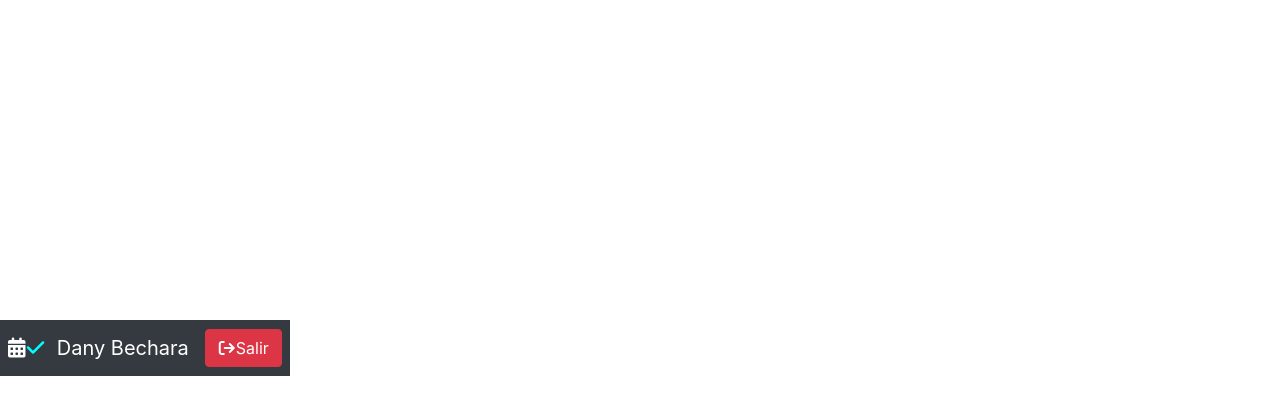
Repository: bechara611/calendar-frontend
Page: /
These files come from the project's save history. The page is drawn as it stood at one moment and after the next save; the edit follows.
The browser window is 1280 px wide. The pictures show the whole page.
The project was rebuilt for these pictures with package versions that can differ from the ones it lists, and the page was loaded fresh each time. Also part of the build but not shown: vite.config.js. Imported but missing from the stored project, and not drawn on this page: src/auth.

Above is the page before, as saved 2023-01-04 14:17:27.

### index.html
<!DOCTYPE html>
<html lang="en">
  <head>
    <meta charset="UTF-8" />
    <link rel="icon" type="image/svg+xml" href="/vite.svg" />
    <meta name="viewport" content="width=device-width, initial-scale=1.0" />
    <title>CalendarDB</title>
    <link rel="stylesheet" href="https://cdn.jsdelivr.net/npm/bootstrap@4.5.3/dist/css/bootstrap.min.css" integrity="sha384-TX8t27EcRE3e/ihU7zmQxVncDAy5uIKz4rEkgIXeMed4M0jlfIDPvg6uqKI2xXr2" crossorigin="anonymous">
    <link rel="stylesheet" href="https://cdnjs.cloudflare.com/ajax/libs/font-awesome/6.2.1/css/all.min.css" integrity="sha512-MV7K8+y+gLIBoVD59lQIYicR65iaqukzvf/nwasF0nqhPay5w/9lJmVM2hMDcnK1OnMGCdVK+iQrJ7lzPJQd1w==" crossorigin="anonymous" referrerpolicy="no-referrer" />
  </head>
  <body>
    <div id="root"></div>
    <script type="module" src="/src/main.jsx"></script>
  </body>
</html>

### src/main.jsx
import React from 'react'
import ReactDOM from 'react-dom/client'
import { BrowserRouter } from 'react-router-dom'
import { CalendarApp } from './CalendarApp'
import './styles.css'

ReactDOM.createRoot(document.getElementById('root')).render(
  <React.StrictMode>

    <BrowserRouter>
      <CalendarApp />
    </BrowserRouter>

    </React.StrictMode>,
)

### src/CalendarApp.jsx
import React from 'react'
import { AppRouter } from './router/AppRouter'

export const CalendarApp = () => {
  return (
   <AppRouter></AppRouter>
  )
}

### src/router/AppRouter.jsx
import React from 'react'
import { Navigate, Route, Routes } from 'react-router-dom'
import { LoginPages } from '../auth/'
import { CalendarPages } from '../calendar/'


export const AppRouter = () => {
 // const authStatus = 'not-authenticated'
  const authStatus = 'authenticated'
  return (
    <Routes>
      {
        (authStatus === 'not-authenticated'
          ? <Route path='/auth/*' element={<LoginPages></LoginPages>}></Route>
          : <Route path='/*' element={<CalendarPages></CalendarPages>}></Route>
        )
      }
      <Route path='/*' element={<Navigate to={'/auth/login'}></Navigate>}></Route>

    </Routes>
  )
}

### src/calendar/index.js
export * from './pages/CalendarPages'
export * from './components/NavBar'

### src/calendar/pages/CalendarPages.jsx
import React from 'react'
import { NavBar } from '../components/NavBar'

export const CalendarPages = () => {
  return (
 <NavBar></NavBar>
  )
}

### src/calendar/components/NavBar.jsx
import React from 'react'
import './NavBar.css'
export const NavBar = () => {
  return (
    <div className="navbar navbar-dark bg-dark mb-4 px-2">
    <span className='navbar-brand'>
    <i className='fas fa-calendar-alt'></i>
    <i className="fa-sharp fa-solid fa-check icono"></i>

    &nbsp;
    Dany Bechara
    </span>
    <button className='btn btn-danger '>
    <i className='fas fa-sign-out'></i>
    <span>Salir</span>
    </button>
    </div>
  )
}

### src/calendar/components/NavBar.css
.icono{
color: aqua;
}

Loaded but not shown: src/styles.css (common file)

After the next save:
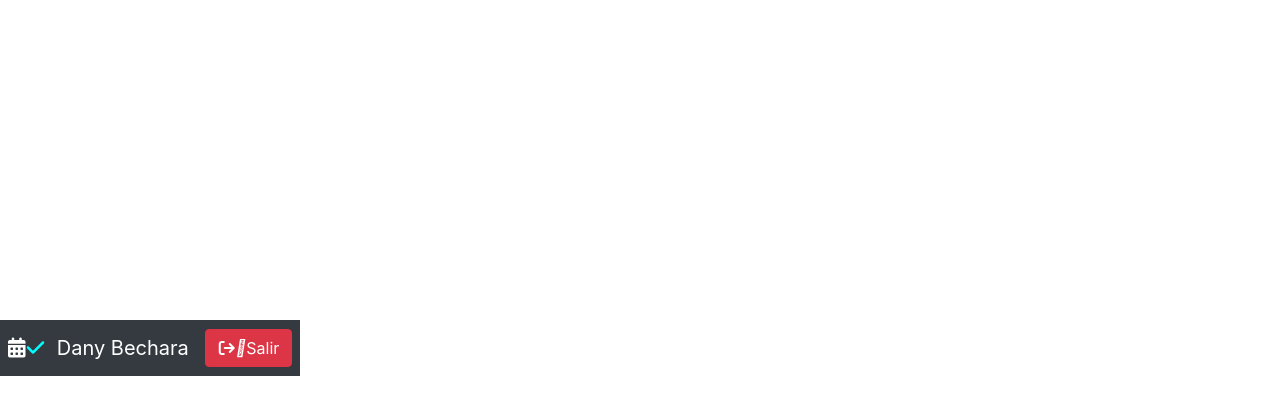
Saved 39 s later.
--- a/src/calendar/components/NavBar.jsx
+++ b/src/calendar/components/NavBar.jsx
@@ -12,6 +12,7 @@ export const NavBar = () => {
     </span>
     <button className='btn btn-danger '>
     <i className='fas fa-sign-out'></i>
+    <i className="fa-light fa-arrow-right-from-bracket"></i>
     <span>Salir</span>
     </button>
     </div>
